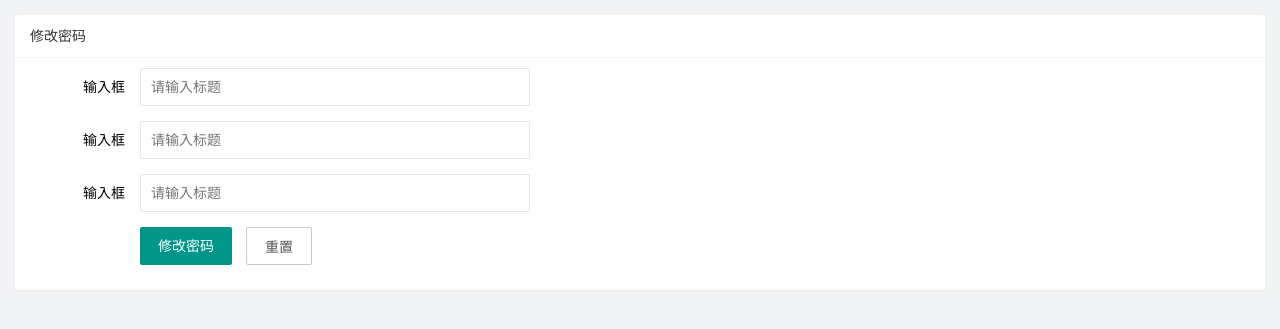
Repository: R1Deemo/Main-project
Page: user/user_pwd.html
These files come from the project's save history. The page is drawn as it stood at one moment and after the next save; the edit follows.
The browser window is 1280 px wide. The pictures show the whole page.

Above is the page before, as saved 2022-10-31 09:21:43.

### user/user_pwd.html
<!DOCTYPE html>
<html lang="en">

<head>
    <meta charset="UTF-8">
    <meta http-equiv="X-UA-Compatible" content="IE=edge">
    <meta name="viewport" content="width=device-width, initial-scale=1.0">
    <title>Document</title>
    <link rel="stylesheet" href="/assets/lib/layui/css/layui.css">
    <link rel="stylesheet" href="/assets/css/user/user_pwd.css">
</head>

<body>
    <div class="layui-card">
        <div class="layui-card-header">修改密码</div>
        <div class="layui-card-body">
            <form class="layui-form">
                <div class="layui-form-item">
                    <label class="layui-form-label">输入框</label>
                    <div class="layui-input-block">
                        <input type="text" name="title" required lay-verify="required" placeholder="请输入标题" autocomplete="off" class="layui-input">
                    </div>
                </div>
                <div class="layui-form-item">
                    <label class="layui-form-label">输入框</label>
                    <div class="layui-input-block">
                        <input type="text" name="title" required lay-verify="required" placeholder="请输入标题" autocomplete="off" class="layui-input">
                    </div>
                </div>
                <div class="layui-form-item">
                    <label class="layui-form-label">输入框</label>
                    <div class="layui-input-block">
                        <input type="text" name="title" required lay-verify="required" placeholder="请输入标题" autocomplete="off" class="layui-input">
                    </div>
                </div>

                <div class="layui-form-item">
                    <div class="layui-input-block">
                        <button class="layui-btn" lay-submit lay-filter="formDemo">修改密码</button>
                        <button type="reset" class="layui-btn layui-btn-primary">重置</button>
                    </div>
                </div>
            </form>
        </div>
    </div>

</body>

</html>

Loaded but not shown: assets/lib/layui/css/layui.css (library); assets/css/user/user_pwd.css (common file)

After the next save:
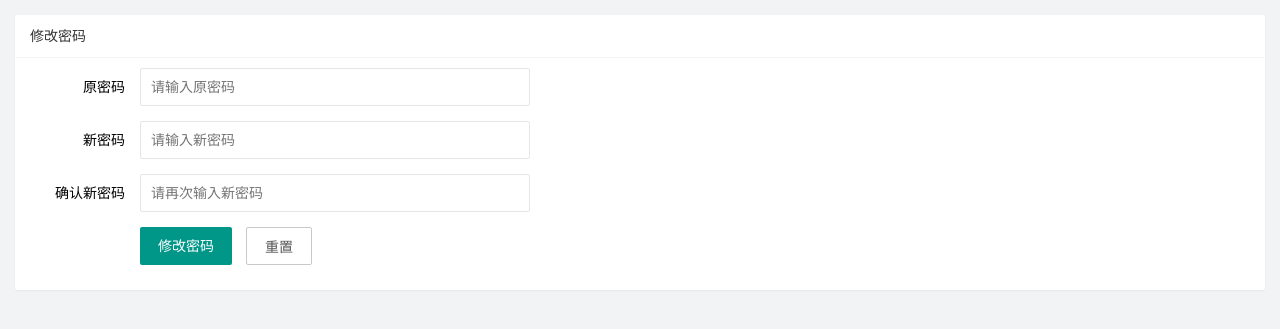
Saved 89 s later.
--- a/user/user_pwd.html
+++ b/user/user_pwd.html
@@ -16,21 +16,21 @@
         <div class="layui-card-body">
             <form class="layui-form">
                 <div class="layui-form-item">
-                    <label class="layui-form-label">输入框</label>
+                    <label class="layui-form-label">原密码</label>
                     <div class="layui-input-block">
-                        <input type="text" name="title" required lay-verify="required" placeholder="请输入标题" autocomplete="off" class="layui-input">
+                        <input type="text" name="oldPwd" required lay-verify="required" placeholder="请输入原密码" autocomplete="off" class="layui-input">
                     </div>
                 </div>
                 <div class="layui-form-item">
-                    <label class="layui-form-label">输入框</label>
+                    <label class="layui-form-label">新密码</label>
                     <div class="layui-input-block">
-                        <input type="text" name="title" required lay-verify="required" placeholder="请输入标题" autocomplete="off" class="layui-input">
+                        <input type="text" name="newPwd" required lay-verify="required" placeholder="请输入新密码" autocomplete="off" class="layui-input">
                     </div>
                 </div>
                 <div class="layui-form-item">
-                    <label class="layui-form-label">输入框</label>
+                    <label class="layui-form-label">确认新密码</label>
                     <div class="layui-input-block">
-                        <input type="text" name="title" required lay-verify="required" placeholder="请输入标题" autocomplete="off" class="layui-input">
+                        <input type="text" name="rePwd" required lay-verify="required" placeholder="请再次输入新密码" autocomplete="off" class="layui-input">
                     </div>
                 </div>
 
